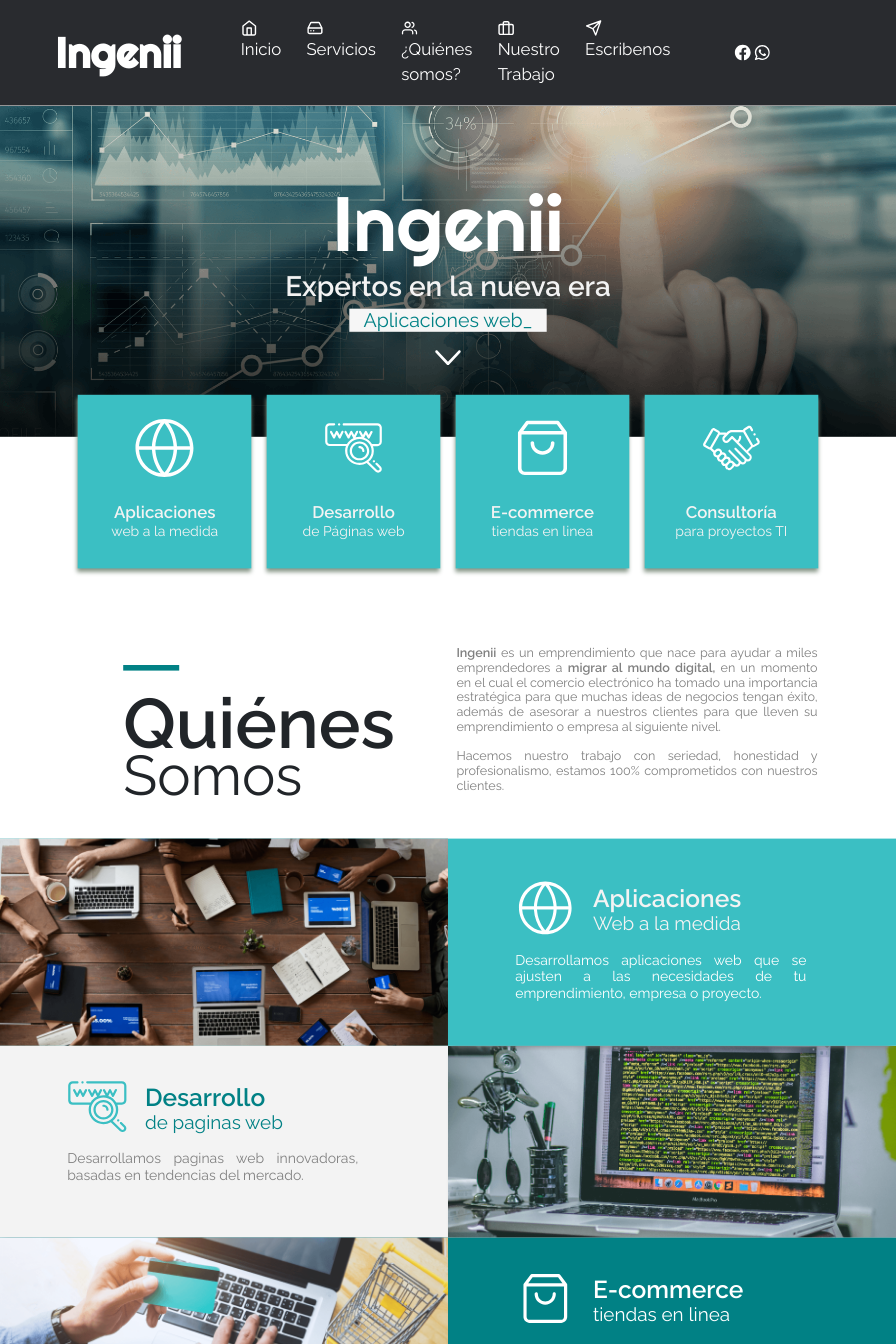
Repository: mariomr87/testwebpage
Page: index.html
These files come from the project's save history. The page is drawn as it stood at one moment and after the next save; the edit follows.
The browser window is 1280 px wide. The pictures show the part of the page from y = 0 to 1920 px (the page is 3601 px tall before and 3575 px after), at 70% of full size.
Some web libraries are served in a nearby version.

Above is the page before, as saved 2021-10-07 22:45:07.

After the next save:
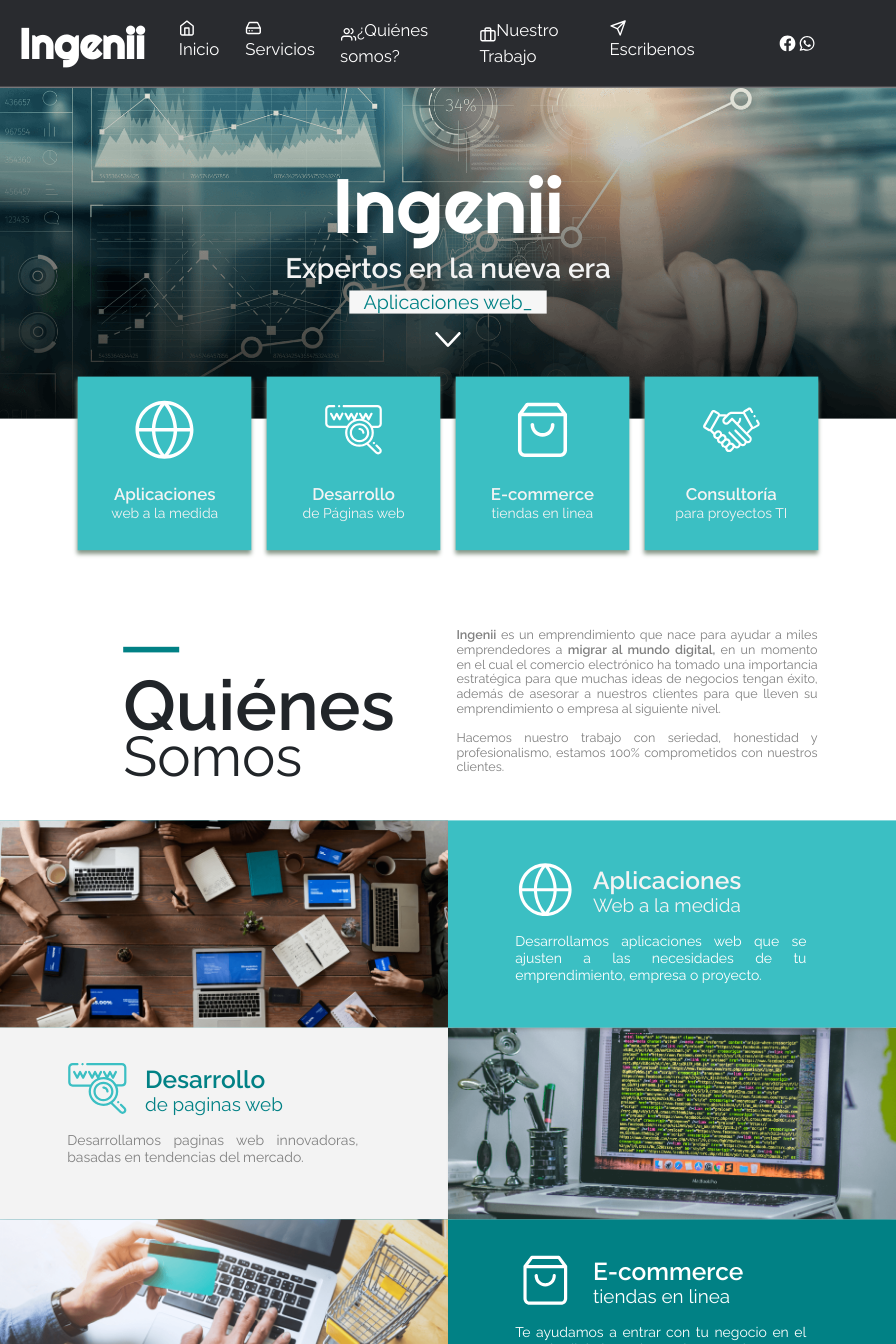
Saved 45 s later.
--- a/index.html
+++ b/index.html
@@ -28,12 +28,12 @@
 		<!-- Menu -->
 		<nav class="navbar navbar-expand-md  sticky-top navbar-dark lineamenu ">
 			<div class="container-fluid">
-			  <a class="navbar-brand col-md-3 text-center" href="#"><span class="menuimg-texto">Ingenii</span></a>
+			  <a class="navbar-brand col-md-2 text-center" href="#"><span class="menuimg-texto">Ingenii</span></a>
 			  <button class="navbar-toggler" type="button" data-bs-toggle="collapse" data-bs-target="#navbarSupportedContent" aria-controls="navbarSupportedContent" aria-expanded="false" aria-label="Toggle navigation">
 				<span class="navbar-toggler-icon "></span>
 			  </button>
 			  <div class="collapse navbar-collapse " id="navbarSupportedContent">
-				<ul class="navbar-nav col-md-8">
+				<ul class="navbar-nav col-md-9">
 				  <li class="nav-item">
 					<a class="nav-link" aria-current="page" href="#"><span class="texto-link"><img src="./imagenes/menu/Icon-inicio.svg" class="d-inline-block align-text-top menuing-redes-logos"><span class="menu-texto-opc">Inicio</span></span></a>
 				  </li>
